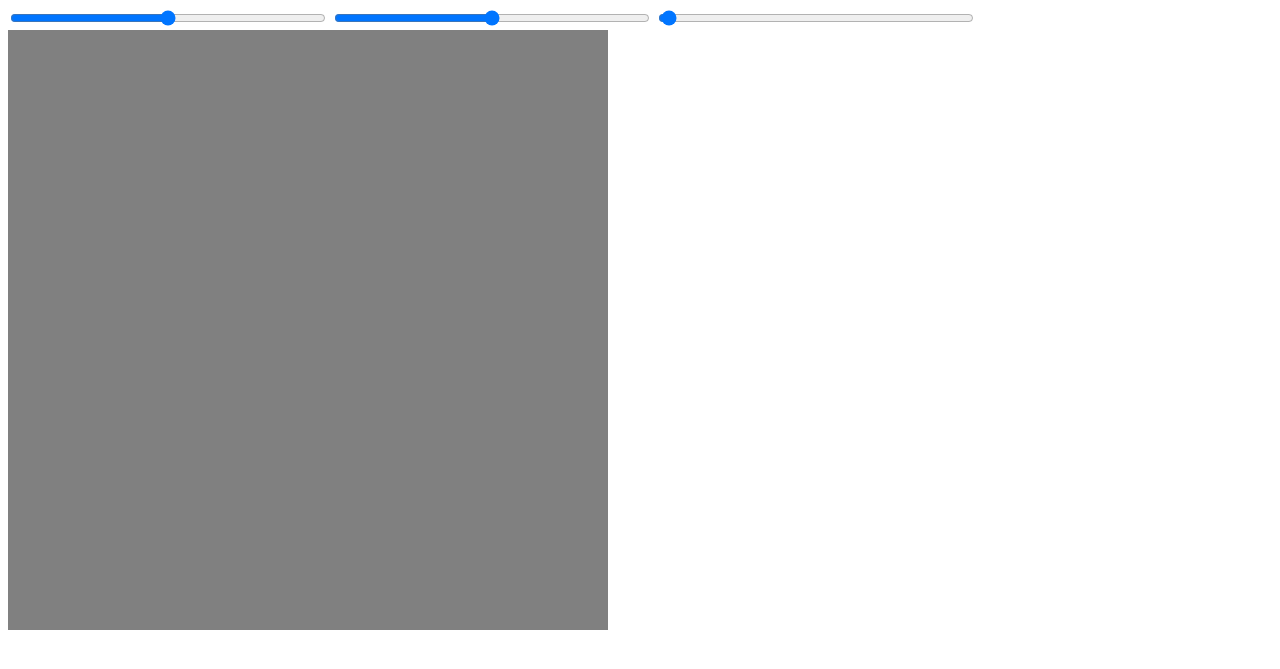
Repository: JoinGame-A36664/Build-House-WebGL
Page: index.html
An editor plug-in stored every save of this project. The page is shown before and after a run of saves, followed by the edit.
The browser window is 1280 px wide. The pictures show the whole page.

Above is the page before, as saved 2021-10-24 22:50:49.

After the next 6 saves:
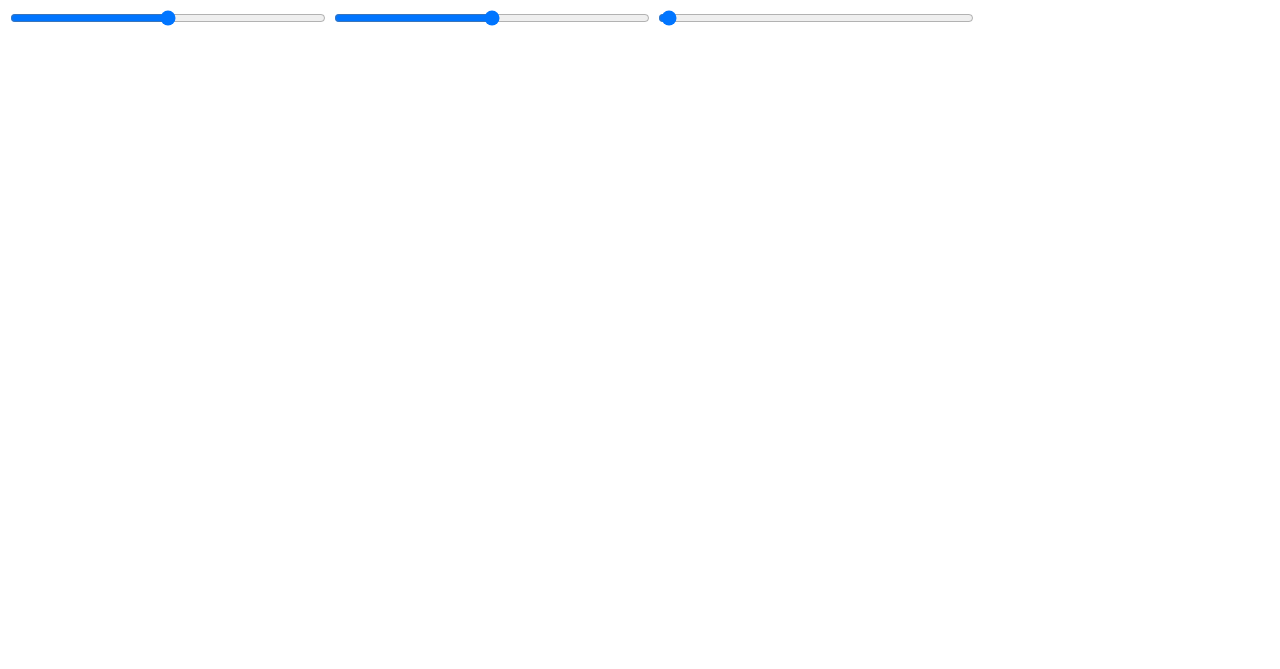
Console error: SyntaxError: Unexpected token '<'
The 6 saves are shown as one change because they came seconds apart.
The last was saved 37 s later.
--- a/index.html
+++ b/index.html
@@ -61,7 +61,7 @@
 		<canvas id="gl-canvas" width="600" height="600">
 			Oops ... your browser doesn't support the HTML5 canvas element
 		</canvas>
-
+		<script type=""/>
 		<script type="text/javascript" src="Common/initShaders.js"></script>
 		<script type="text/javascript" src="Common/MVnew.js"></script>
 		<script type="text/javascript" src="Bietthu1.js"></script>
